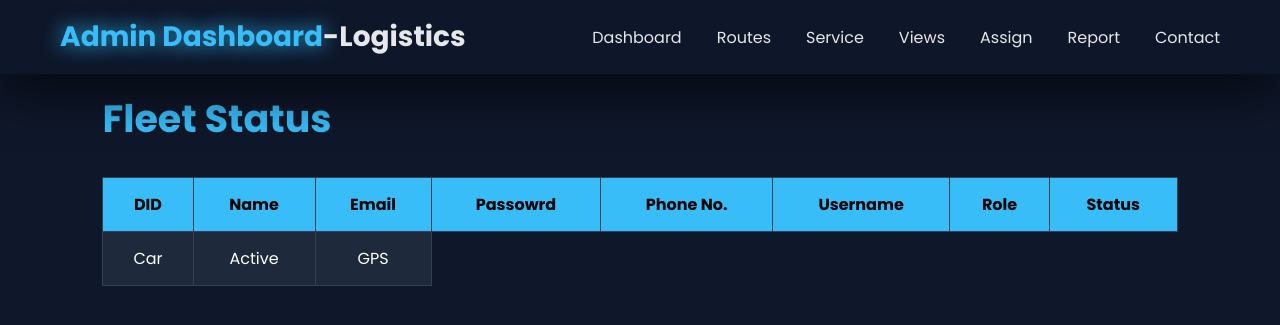
Repository: Pintu-6545/Java_Programming
Page: http://localhost/GreenFleetApplication/view-drivers.jsp
These files come from the project's save history. The page is drawn as it stood at one moment and after the next save; the edit follows.
The browser window is 1280 px wide. The pictures show the whole page.
The page is served by Tomcat 10.

Above is the page before, as saved 2025-12-24 18:48:44.

After the next save:
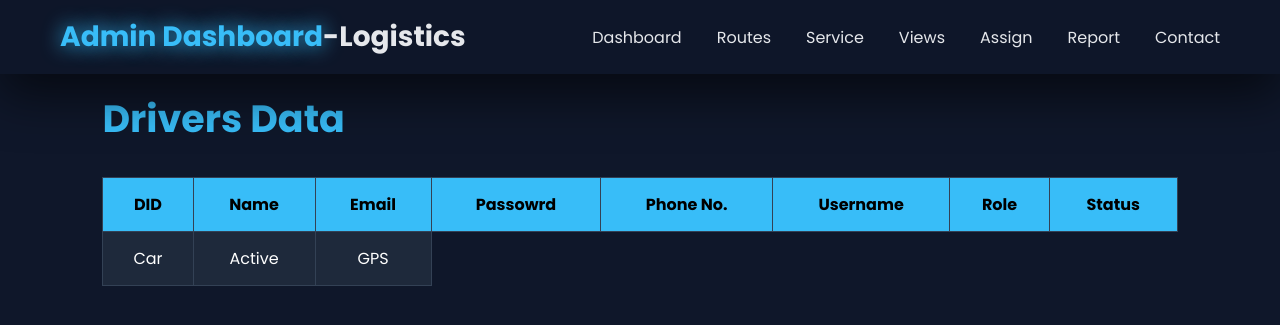
Saved 49 s later.
--- a/Assessement/GreenFeetApp1/GreenFleetApplication/src/main/webapp/view-drivers.jsp
+++ b/Assessement/GreenFeetApp1/GreenFleetApplication/src/main/webapp/view-drivers.jsp
@@ -9,7 +9,7 @@
 </head>
 <body>
    <section class="section">
-		<h2>Fleet Status</h2>
+		<h2>Drivers Data </h2>
 		<table>
 			<tr>
 				<th>DID</th>
